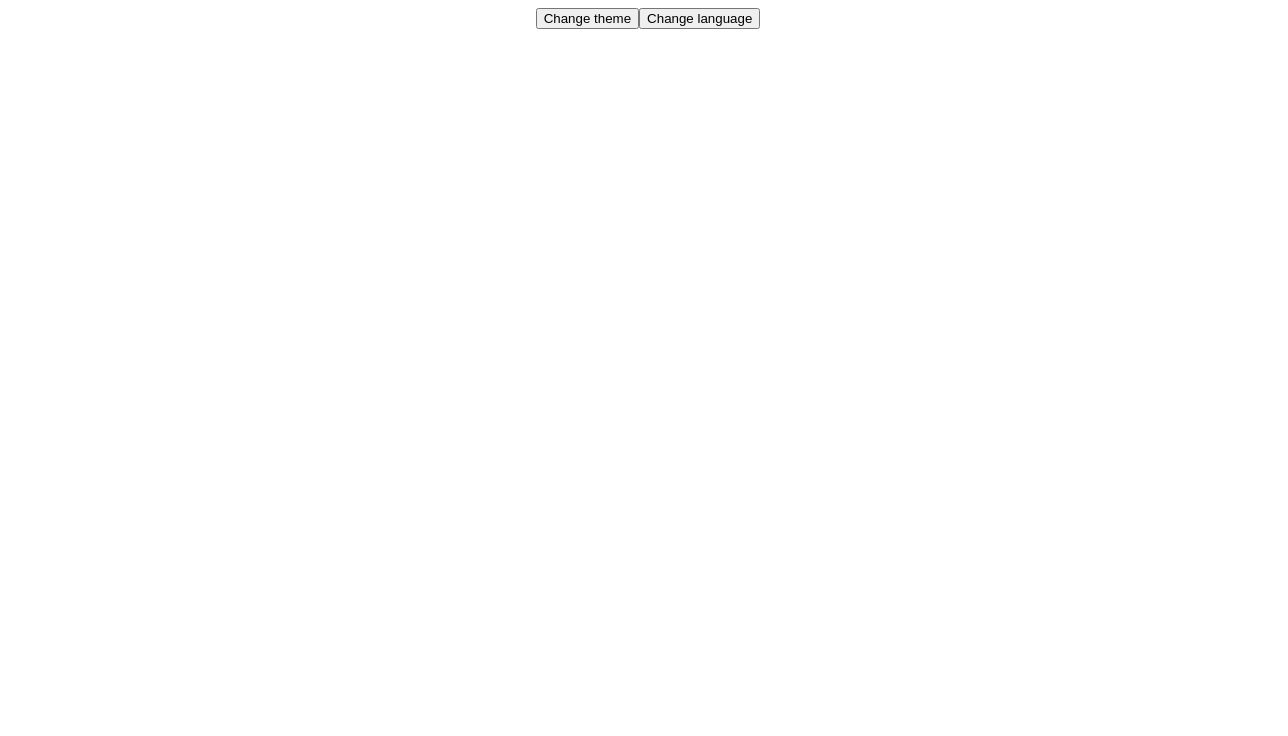
Repository: savannaaaas/contextLanguageTheme
Page: /
These files come from the project's save history. The page is drawn as it stood at one moment and after the next save; the edit follows.
The browser window is 1280 px wide. The page is 1288 px wide, then 1280 px, so the pictures cover 1288 px, including what lies to the right of the window. The pictures show the whole page.
The project was rebuilt for these pictures with package versions that can differ from the ones it lists, and the page was loaded fresh each time. Also part of the build but not shown: vite.config.js.

Above is the page before, as saved 2025-07-11 17:12:48.

After the next save:
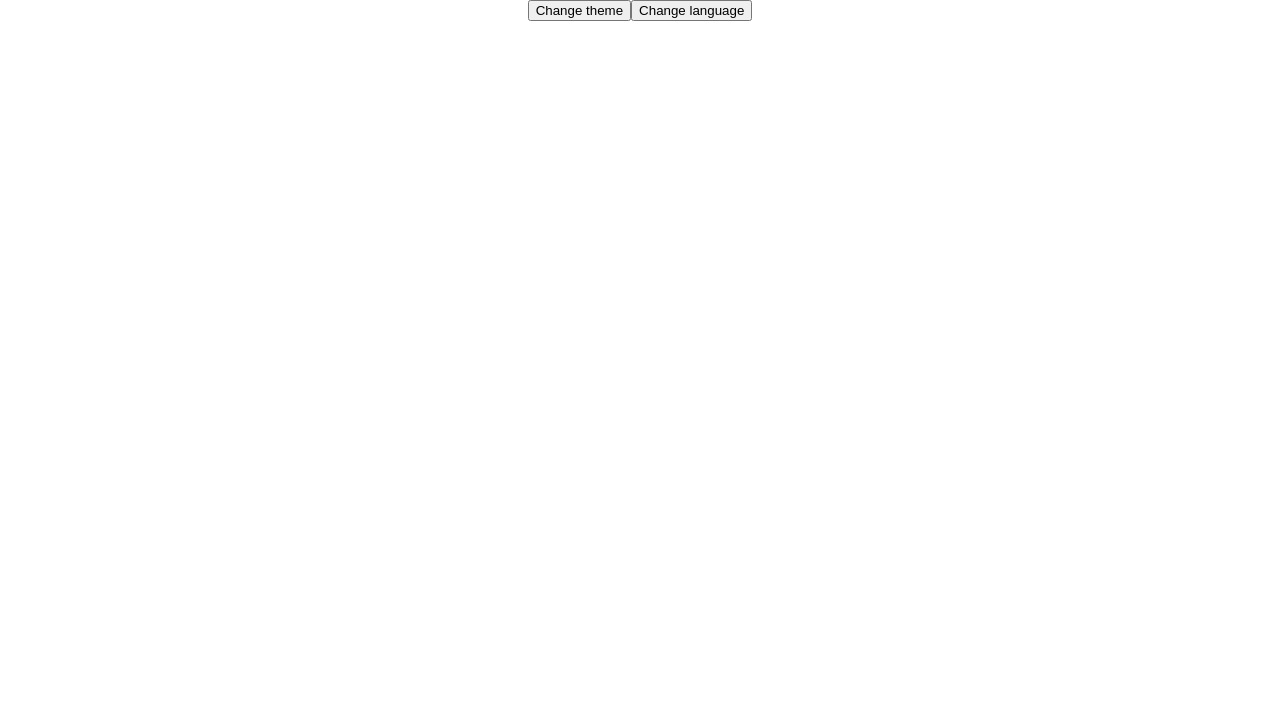
Saved 44 s later.
--- a/src/App.css
+++ b/src/App.css
@@ -1,4 +1,4 @@
-#root {
+html, body, #root {
  height: 100%;
   margin: 0;
   padding: 0;
